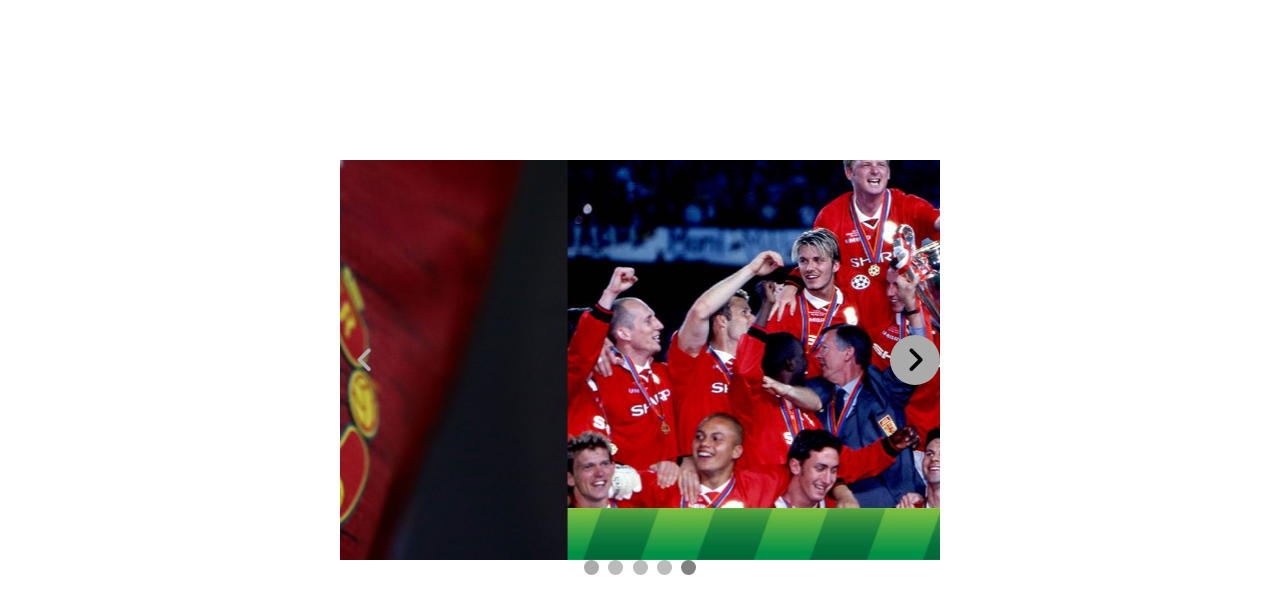
Repository: HoanTiny/slideShow
Page: index.html
An editor plug-in stored every save of this project. The page is shown before and after the next save, followed by the edit.
The browser window is 1280 px wide. The pictures show the whole page.
Some web libraries are served in a nearby version.

Above is the page before, as saved 2022-08-18 14:31:38.

After the next save:
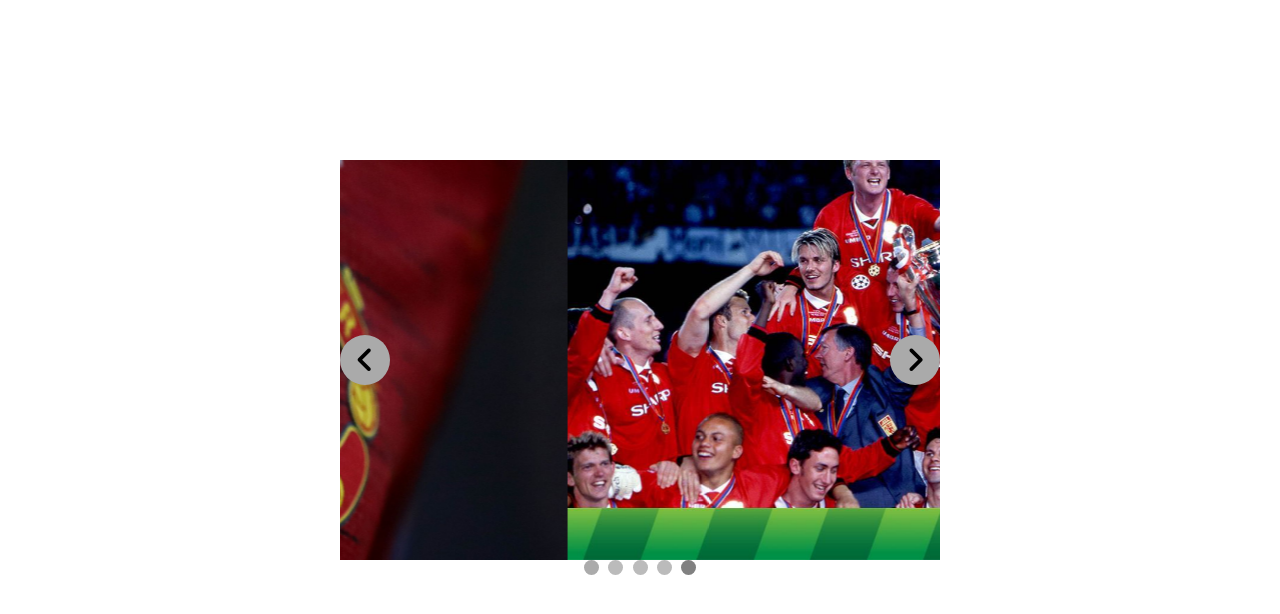
Saved 4 s later.
--- a/index.html
+++ b/index.html
@@ -14,7 +14,7 @@
     <body>
         <div class="slider">
             <i
-                class="fa fa-angle-left left-btn disible"
+                class="fa fa-angle-left left-btn"
                 onclick="makeSlideshow(false);"
             ></i>
             <div class="slider-main">
